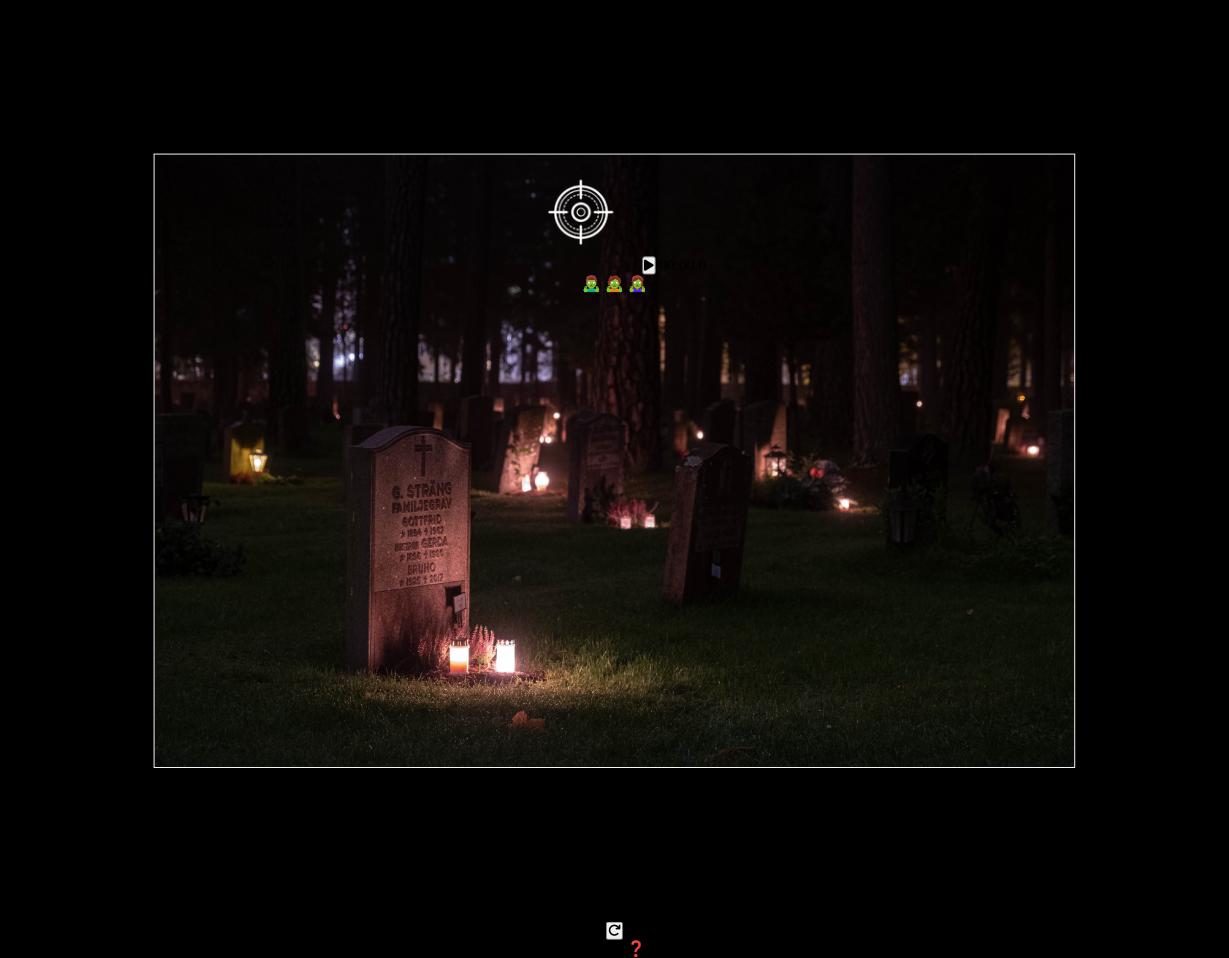
Repository: MrJinkyu/ZombieGame
Page: index.html
These files come from the project's save history. The page is drawn as it stood at one moment and after the next save; the edit follows.
The browser window is 1280 px wide. The pictures show the whole page, at 96% of full size.
Some web libraries are served in a nearby version.

Above is the page before, as saved 2023-04-08 21:52:48.

After the next save:
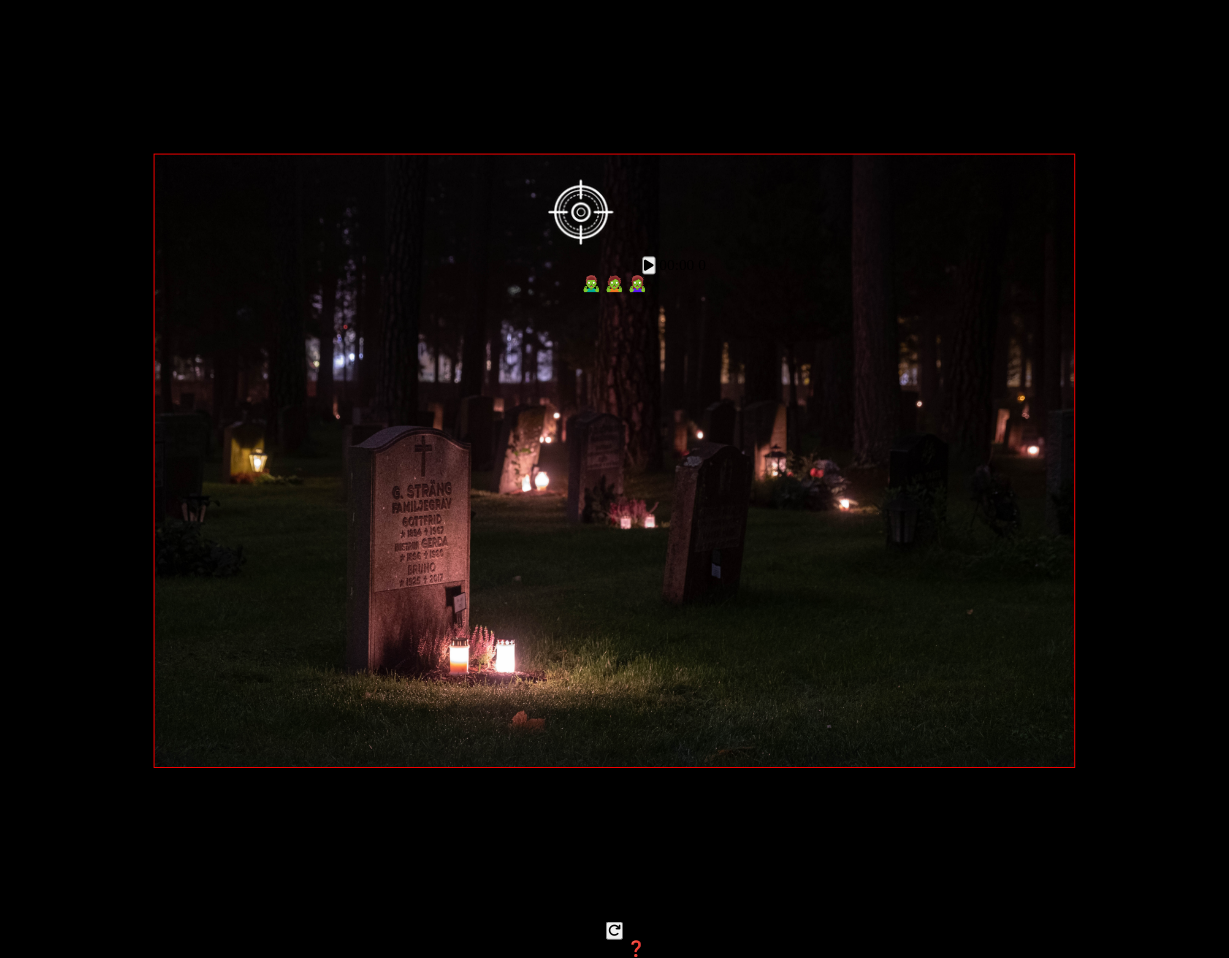
Saved 11 s later.
--- a/style.css
+++ b/style.css
@@ -14,5 +14,5 @@ body{
     margin: 10rem auto;
     width: 60rem;
     height: 40rem;
-    border: 1px solid white;
+    border: 1px solid red;
 }
